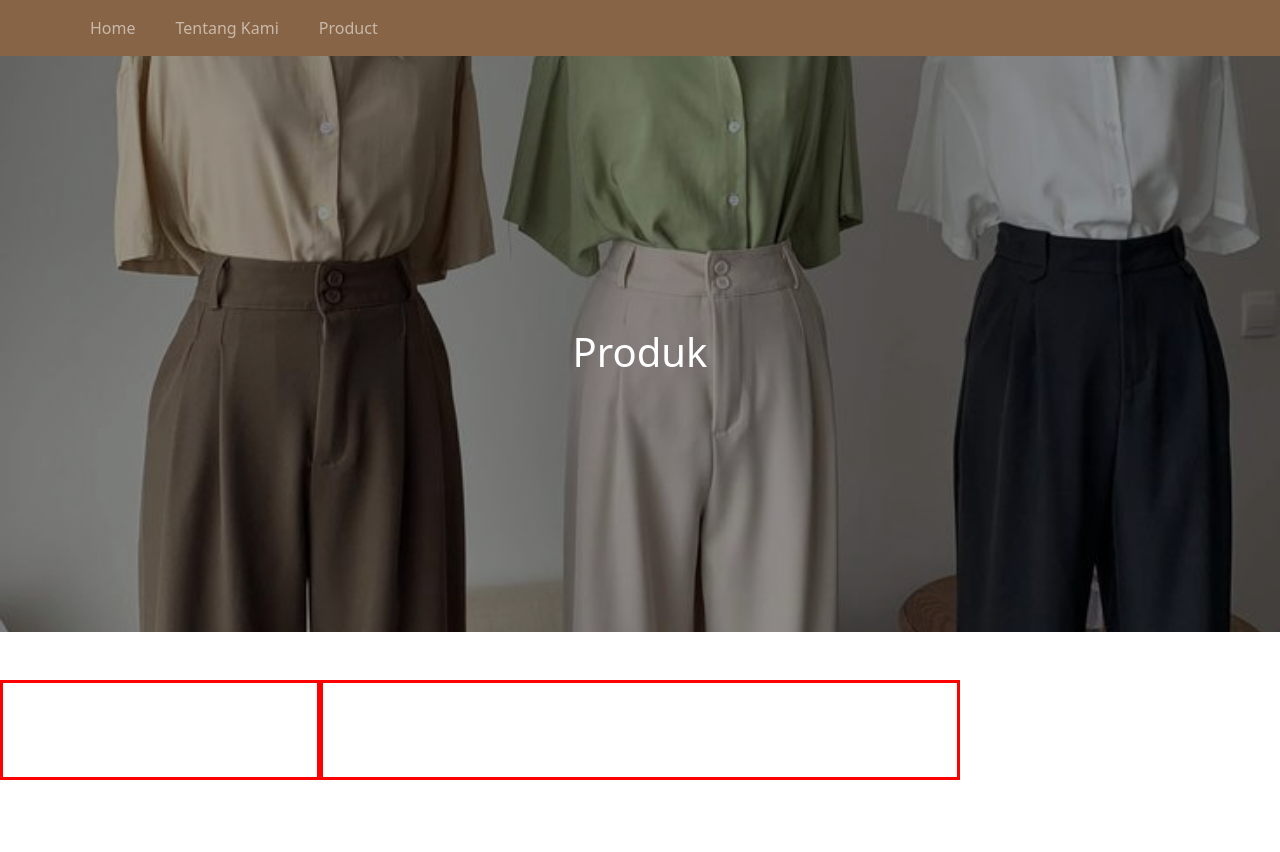
Repository: herman165/tugas_uas
Page: http://localhost/produk.php
These files come from the project's save history. The page is drawn as it stood at one moment and after a run of saves; the edit follows.
The browser window is 1280 px wide. The pictures show the whole page.
The page is run by PHP 8.4 with error messages shown; the project is at /var/www/html/.

Above is the page before, as saved 2024-12-11 03:16:39.

### produk.php

<!DOCTYPE html>
<html lang="en">
<head>
    <meta charset="UTF-8">
    <meta name="viewport" content="width=device-width, initial-scale=1.0">
    <title>Produk-Page</title>
    <link rel="stylesheet" href="bootstrap/css/bootstrap.min.css">
    <link rel="stylesheet" href="fontawesome/css/all.min.css">
    <link rel="stylesheet" href="css/style.css">
</head>
<body>
    <!-- navbar -->
    <?php require "navbar.php" ?>

    <!-- benner -->
     <div class="container-fluid banner d-flex align-items-center">
        <div class="container">
            <h1 class="mt-4 text-white text-center">Produk</h1>
        </div>
     </div>

    <!-- layout produk -->
        <div class="container-fluid py-5">
            <div class="row">
                <div class="col-md-3 mb-4" style="border: solid red; height: 100px"></div>
                <div class="col-md-6" style="border: solid red; height: 100px"></div>
            </div>
        </div>


    <script src="bootstrap/js/bootstrap.bundle.min.js"></script>
    <script src="fontawesome/js/all.min.js"></script>
</body>
</html>

### navbar.php
<!DOCTYPE html>
<html lang="en">
<head>
    <meta charset="UTF-8">
    <meta name="viewport" content="width=device-width, initial-scale=1.0">
    <title>Responsive Navbar</title>
     <link rel="stylesheet" href="bootstrap/css/bootstrap.min.css">

<style>

        /* Khusus tampilan HP */
        @media (max-width: 480px) {
            .navbar {
                background: linear-gradient(to right, #6a11cb, #2575fc); /* Gradient ungu ke biru */
                box-shadow: 0 4px 6px rgba(0, 0, 0, 0.3); /* Bayangan */
                border-radius: 5px; /* Membuat sudut melengkung */
            }

            .navbar-dark .nav-link {
                color: #ffffff;
                background-color: rgba(255, 255, 255, 0.2); /* Transparan putih */
                margin: 5px;
                padding: 10px;
                border-radius: 5px; /* Melengkung */
                text-align: center;
                transition: background-color 0.3s ease, color 0.3s ease;
            }

            .navbar-dark .nav-link:hover {
                background-color: rgba(255, 255, 255, 0.4); /* Lebih terang saat hover */
                color: #ffcc00; /* Warna kuning keemasan */
            }

            /* Tombol toggler */
            .navbar-dark .navbar-toggler {
                border: none;
                background-color: #ffffff; /* Putih */
                padding: 5px;
                border-radius: 3px; /* Melengkung */
            }

            .navbar-dark .navbar-toggler-icon {
                background-color: #6a11cb; /* Ungu */
                border-radius: 2px;
                width: 25px;
                height: 3px;
            }
        }

</style>

</head>
<body>
    <nav class="navbar navbar-expand-lg navbar-dark warna1">
        <div class="container">
            <button class="navbar-toggler" type="button" data-bs-toggle="collapse" data-bs-target="#navbarSupportedContent" aria-controls="navbarSupportedContent" aria-expanded="false" aria-label="Toggle navigation">
                <span class="navbar-toggler-icon"></span>
            </button>
            <div class="collapse navbar-collapse" id="navbarSupportedContent">
                <ul class="navbar-nav me-auto mb-2 mb-lg-0">
                    <li class="nav-item me-4 ">
                        <a class="nav-link " href="index.php">Home</a>
                    </li>
                    <li class="nav-item me-4 ">
                        <a class="nav-link" href="tentang-kami.php">Tentang Kami</a>
                    </li>
                    <li class="nav-item me-4 ">
                        <a class="nav-link" href="produk.php">Product</a>
                    </li>
                </ul>
            </div>
        </div>
    </nav>

    <script src="bootstrap/js/bootstrap.bundle.min.js"></script>
</body>
</html>

### css/style.css
.warna1 {
    background-color: #876445;
}
.warna2 {
    background-color: #CA965C;
}
.warna3 {
    background-color: #EEC373;
}
.warna4 {
    background-color: #F4DFBA;
}
.banner {
    height: 80vh; /* Mengisi seluruh tinggi layar */
    background: linear-gradient(rgba(0, 0, 0, 0.4), rgba(0, 0, 0, 0.4)), url('../image/benner\ new.jpg');
    background-size: cover; /* Memastikan gambar menutupi seluruh elemen */
    background-position: center; /* Memusatkan gambar */
    background-repeat: no-repeat; /* Mencegah gambar diulang */
}



@media (max-width: 768px) {
    .banner {
        height: 30vh;
    }
}
.highlighted-kategori{
    height: 250px;

}
.no-decoration{
    text-decoration: none;
    color:white;
}
.no-decoration:hover {
    color: #EEC373;
}

.kategori-baju-pria {
  background: linear-gradient(rgba(0, 0, 0, 0.4), rgba(0, 0, 0, 0.4)), url('../image/baju\ pria.jpg');
  background-size: cover;
  background-position: center;
  background-repeat: no-repeat;
}
.kategori-baju-wanita {
  background: linear-gradient(rgba(0, 0, 0, 0.4), rgba(0, 0, 0, 0.4)), url('../image/baju\ wanita.jpg');
  background-size: cover;
  background-position: center;
  background-repeat: no-repeat;

}
.kategori-sepatu-pria {
  background: linear-gradient(rgba(0, 0, 0, 0.4), rgba(0, 0, 0, 0.4)), url('../image/Vans\ Old\ Skool\ Sneakers\ in\ Black_White\ _\ VN000D3HY28\ -\ Men\ 13_Wmn\ 14_5\ _\ Black.jpg');
  background-size: cover;
  background-position: center;
  background-repeat: no-repeat;
}
.kategori-jam-pria {
  background: linear-gradient(rgba(0, 0, 0, 0.4), rgba(0, 0, 0, 0.4)), url('../image/Kegllect\ Men\ Life\ Waterproof\ Quartz\ Watch\ Mens\ Large\ Dial\ Sport\ Wristwatch\ Jam\ Tangan\ Lelaki.jpg');
  background-size: cover;
  background-position: center;
  background-repeat: no-repeat;
}
.text-harga{
    font-size: 20px;
    color:#CA965C;
}
.image-box {
    height: 200px;
}
.image-box img{
    height: 100%;
    width: 100%;
    object-fit: cover;
    object-position: center;
}
.subscribe-content {
    background-color: rgba(0, 0, 0, 0.7);
}
.subscribe-content a {
    color: #fff
}
.bounce-icon {
    font-size: 50px;
    color: #fff;
    animation: wave 2s infinite;
}
@keyframes wave {
    0% {
        transform: translateX(0) translateY(0);
    }
    40% {
        transform: translateX(10px) translateY(-10px);
    }
    50% {
        transform: translateX(-10px) translateY(10px);
    }
    60% {
        transform: translateX(10px) translateY(10px);
    }
    80% {
        transform: translateX(-10px) translateY(-10px);
    }
    100% {
        transform: translateX(0) translateY(0);
    }
}

Loaded but not shown: bootstrap/css/bootstrap.min.css (library); fontawesome/css/all.min.css (library); bootstrap/js/bootstrap.bundle.min.js (library)

After the next 2 saves:
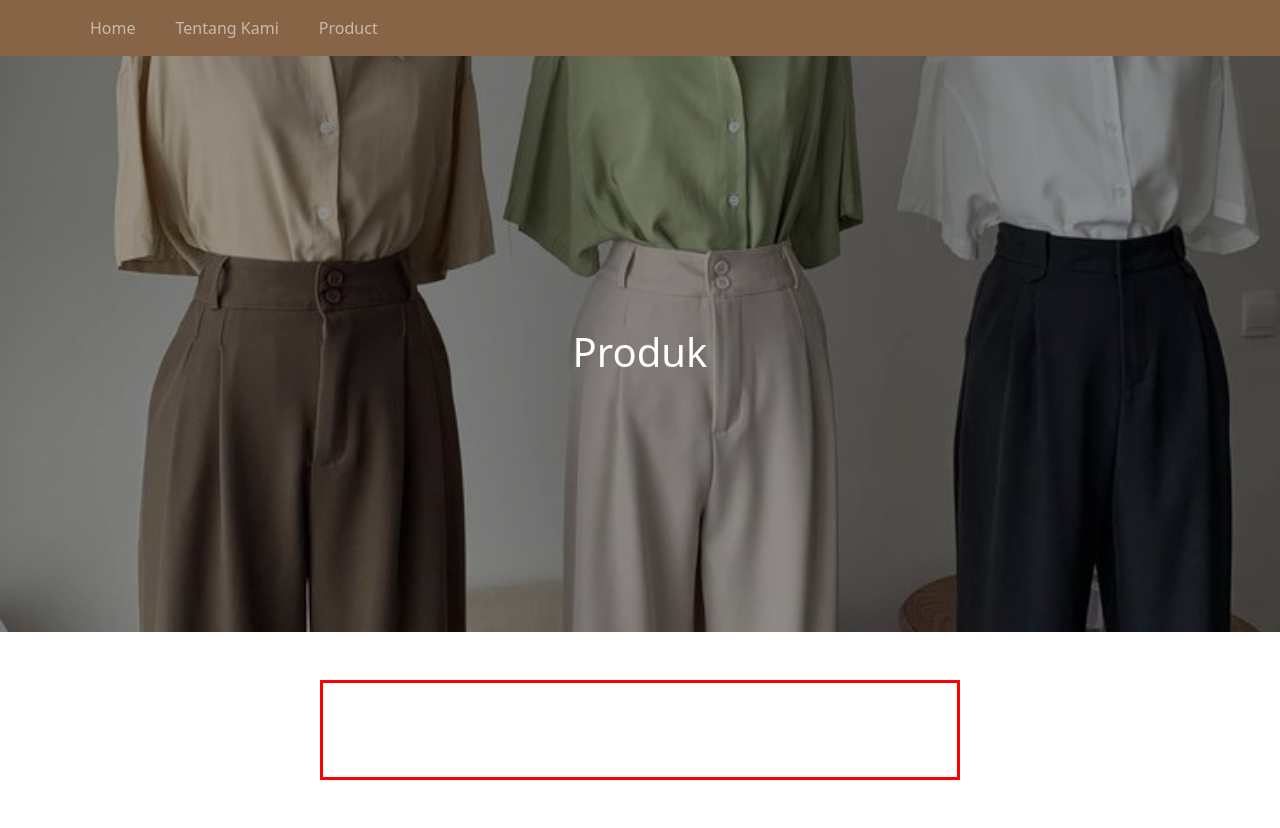
The 2 saves are shown as one change because they came seconds apart.
The last was saved 26 s later.
--- a/produk.php
+++ b/produk.php
@@ -23,7 +23,7 @@
     <!-- layout produk -->
         <div class="container-fluid py-5">
             <div class="row">
-                <div class="col-md-3 mb-4" style="border: solid red; height: 100px"></div>
+                <div class="col-md-3 mb-4" ></div>
                 <div class="col-md-6" style="border: solid red; height: 100px"></div>
             </div>
         </div>
